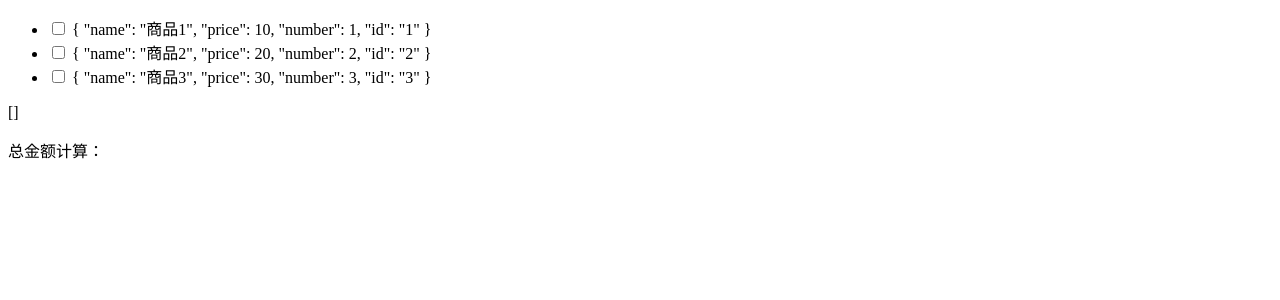
Repository: xiemin2161/mytest
Page: 02-表单绑定-购物车.html
An editor plug-in stored every save of this project. The page is shown before and after the next save, followed by the edit.
The browser window is 1280 px wide. The pictures show the whole page.

Above is the page before, as saved 2023-02-01 10:46:11.

### 02-表单绑定-购物车.html
<!DOCTYPE html>
<html>
  <head>
    <meta charset="utf-8" />
    <meta http-equiv="X-UA-Compatible" content="IE=edge,chrome=1" />
    <title>Examples</title>
    <meta name="description" content="" />
    <meta name="keywords" content="" />
    <link href="" rel="stylesheet" />

    <script type="text/javascript" src="lib/vue.js"></script>
  </head>
  <body>
    <div id="box">
      <ul>
        <li v-for="data in datalist">
          <input type="checkbox" v-model="checkgroup" :value="data" />
          {{data}}
        </li>
      </ul>
      {{checkgroup}}
      <p>总金额计算：</p>
    </div>

    <script type="text/javascript">
      let vm = new Vue({
        el: "#box",
        data: {
          checkgroup: [],
          datalist: [
            {
              name: "商品1",
              price: 10,
              number: 1,
              id: "1",
            },
            {
              name: "商品2",
              price: 20,
              number: 2,
              id: "2",
            },
            {
              name: "商品3",
              price: 30,
              number: 3,
              id: "3",
            },
          ],
        },
      });

      /*
         [
             {
                   name:"商品1",
                   price:10,
                   number:1,
                   id:"1",
             },
                 {
                   name:"商品2",
                   price:20,
                   number:2,
                   id:"2",
                 },
                 {
                   name:"商品3",
                   price:30,
                   number:3,
                   id:"3",
                 }
               ]

       */
    </script>
  </body>
</html>

Loaded but not shown: lib/vue.js (library)

After the next save:
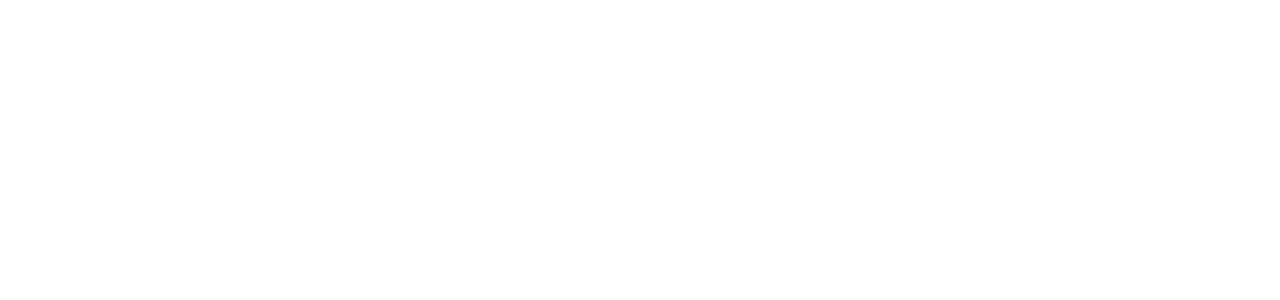
Saved 3 min 25 s later.
--- a/02-表单绑定-购物车.html
+++ b/02-表单绑定-购物车.html
@@ -19,7 +19,7 @@
         </li>
       </ul>
       {{checkgroup}}
-      <p>总金额计算：</p>
+      <p>总金额计算：{{getSum()}}</p>
     </div>
 
     <script type="text/javascript">

After the 2 saves that followed:
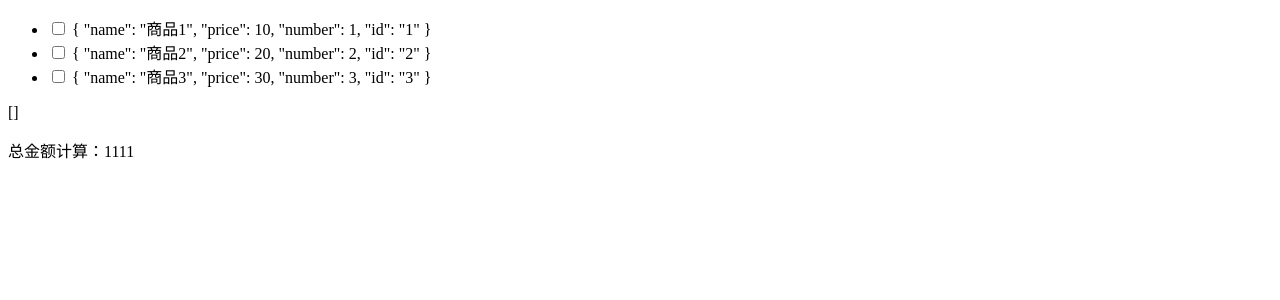
The 2 saves are shown as one change because 1 left the picture as it was.
The last was saved 33 s later.
--- a/02-表单绑定-购物车.html
+++ b/02-表单绑定-购物车.html
@@ -19,7 +19,7 @@
         </li>
       </ul>
       {{checkgroup}}
-      <p>总金额计算：{{getSum()}}</p>
+      <p>总金额计算：{{ getSum() }}</p>
     </div>
 
     <script type="text/javascript">
@@ -47,6 +47,11 @@
               id: "3",
             },
           ],
+        },
+        methods: {
+          getSum() {
+            return 1111;
+          },
         },
       });
 
